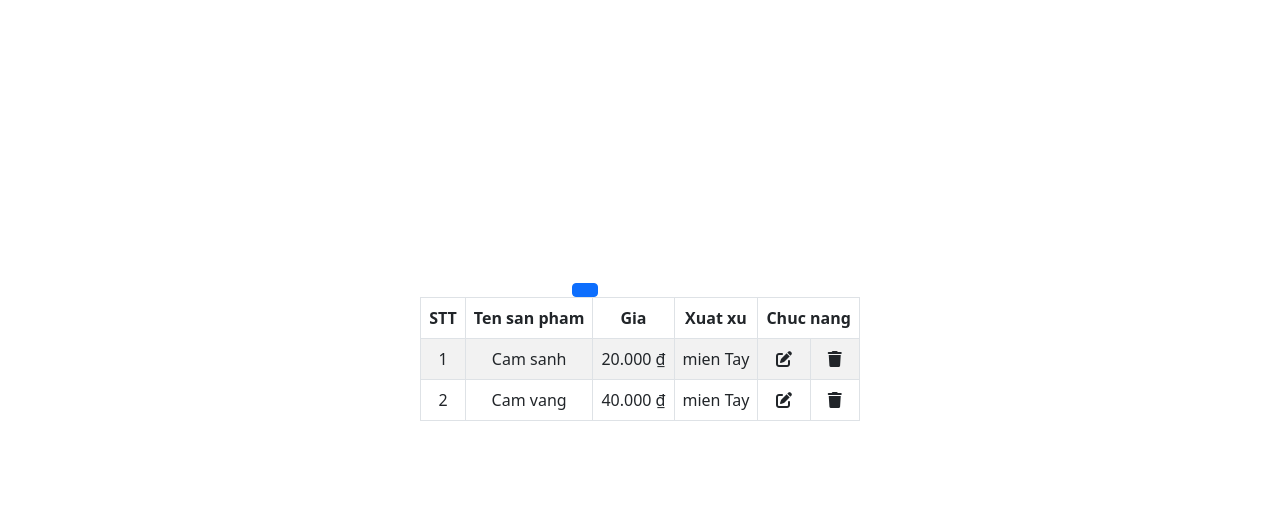
Repository: TinhTT336/MD02_Session12
Page: / (app in client/)
An editor plug-in stored every save of this project. The page is shown before and after the next save, followed by the edit.
The browser window is 1280 px wide. The pictures show the whole page.
The project was rebuilt for these pictures with package versions that can differ from the ones it lists, and the page was loaded fresh each time. Requests to the local data server were answered from the project's data file. Also part of the build but not shown: client/vite.config.js.

Above is the page before, as saved 2023-09-11 13:44:39.

### client/index.html
<!DOCTYPE html>
<html lang="en">
  <head>
    <meta charset="UTF-8" />
    <link rel="icon" type="image/svg+xml" href="/vite.svg" />
    <meta name="viewport" content="width=device-width, initial-scale=1.0" />
    <title>Vite + React</title>
    <link
      href="https://cdn.jsdelivr.net/npm/bootstrap@5.0.2/dist/css/bootstrap.min.css"
      rel="stylesheet"
      integrity="sha384-EVSTQN3/azprG1Anm3QDgpJLIm9Nao0Yz1ztcQTwFspd3yD65VohhpuuCOmLASjC"
      crossorigin="anonymous"
    />
    <link
      rel="stylesheet"
      href="https://cdnjs.cloudflare.com/ajax/libs/font-awesome/6.4.2/css/all.min.css"
      integrity="sha512-z3gLpd7yknf1YoNbCzqRKc4qyor8gaKU1qmn+CShxbuBusANI9QpRohGBreCFkKxLhei6S9CQXFEbbKuqLg0DA=="
      crossorigin="anonymous"
      referrerpolicy="no-referrer"
    />
  </head>
  <body>
    <div id="root"></div>
    <script type="module" src="/src/main.jsx"></script>
  </body>
</html>

### client/src/App.jsx
import { useState } from 'react'
import reactLogo from './assets/react.svg'
import viteLogo from '/vite.svg'
import './App.css'
import ListProduct from './pages/product/ListProduct'

function App() {
  const [count, setCount] = useState(0)

  return (
    <>
      <ListProduct />
    </>
  )
}

export default App

### client/src/pages/product/ListProduct.jsx
import React, { useEffect, useState } from 'react'
import { formatMoney } from '../../utils/formatData';

export default function ListProduct() {
    const [products, setProducts] = useState([]);
    // console.log(products);
    // goi API lay thong tin tat ca san pham
    const loadData = () => {
        fetch("http://localhost:8000/products")
            .then((response) => response.json())// ep kieu ve dang json
            .then((response) => setProducts(response)) // noi co du lieu tra ve
            .catch((error) => console.log(error))// bat loi
    }
    // khi lam viec voi components khong duoc goi ham truc tiep ma su dung useEffect
    // useEffect dung khi can hien thi du lieu ra giao dien
    useEffect(() => {
        loadData();
    }, [])

    /**
     * ham xoa thong 1 product theo id
     * @param {*} id id cua product can xoa
     * Author: TinhTT (11/09/2023)
     */
    const handleDelete = (id) => {
        fetch(`http://localhost:8000/products/${id}`, {
            method: "DELETE",
        }).then((response) => {
            if (response.status === 200) {
                loadData();
            }
        })
            .catch((error) => console.log(error))
    }
    return (
        <>
            <div className='w-75 d-flex align-items-center justify-content-center flex-column'>
                <button className='btn btn-primary'></button>
            </div>
            <table className='table table-striped table-hover table-bordered'>
                <thead>
                    <tr>
                        <th scope='col'>STT</th>
                        <th scope='col'>Ten san pham</th>
                        <th scope='col'>Gia</th>
                        <th scope='col'>Xuat xu</th>
                        <th scope='col' colSpan={2}>Chuc nang</th>
                    </tr>
                </thead>
                <tbody>
                    {products.map((pro, index) => (
                        <tr key={pro.id}>
                            <td>{index + 1}</td>
                            <td>{pro.product_name}</td>
                            <td>{formatMoney(pro.price)}</td>
                            <td>{pro.from}</td>
                            <td><i class="fa-solid fa-pen-to-square"></i></td>
                            <td onClick={() => handleDelete(pro.id)}><i class="fa-solid fa-trash"></i></td>
                        </tr>
                    ))}
                </tbody>
            </table>
        </>
    )
}

### client/src/utils/formatData.js
/**
 * ham format tien te Viet Nam
 * @param {*} money chuoi tien te can format
 * @returns chuoi tien te da duoc format
 * Author: TinhTT (11/09/2023)
 */
export const formatMoney = (money) => {
  return money.toLocaleString("vi", { style: "currency", currency: "VND" });
};
export const formatDate = () => {};
export const formatEmail = () => {};

### server/db.json
{
  "users": [
    {
      "id": 1,
      "user_name": "Nguyen Van A",
      "gender": 0,
      "address": "Thanh Xuan, Ha Noi",
      "email": "an@gmail.com",
      "password": "123456"
    }
  ],
  "products": [
    {
      "id": 1,
      "product_name": "Cam sanh",
      "price": 20000,
      "from": "mien Tay"
    },
    {
      "id": 2,
      "product_name": "Cam vang",
      "price": 40000,
      "from": "mien Tay"
    }
  ]
}

Loaded but not shown: client/src/main.jsx (common file); client/src/index.css (common file); client/src/App.css (common file)

After the next save:
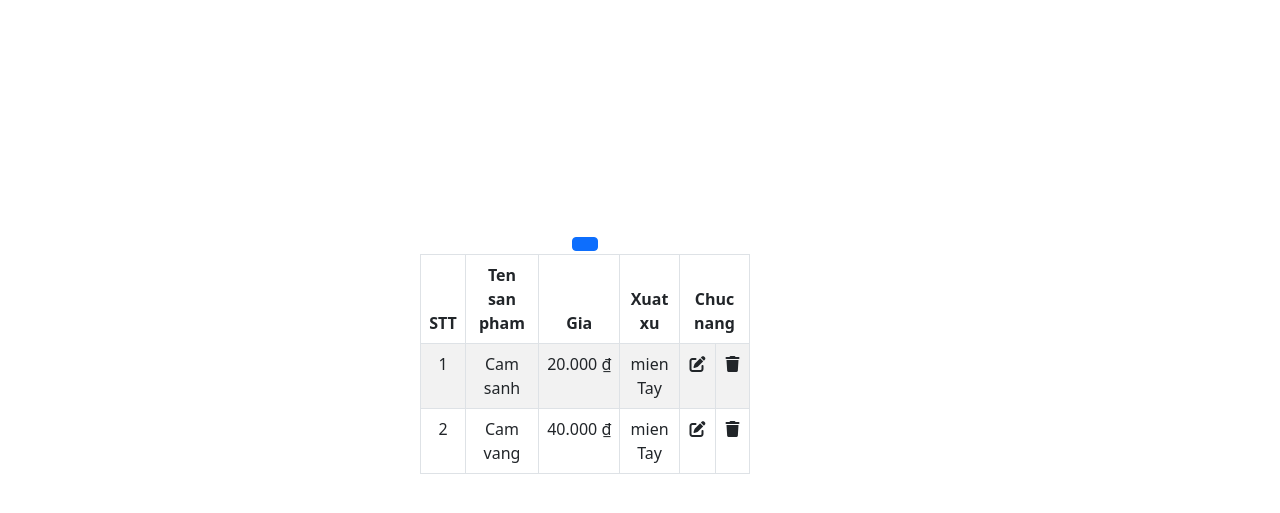
Saved 18 s later.
--- a/client/src/pages/product/ListProduct.jsx
+++ b/client/src/pages/product/ListProduct.jsx
@@ -33,8 +33,8 @@ export default function ListProduct() {
             .catch((error) => console.log(error))
     }
     return (
-        <>
-            <div className='w-75 d-flex align-items-center justify-content-center flex-column'>
+        <div className='w-75 d-flex align-items-center justify-content-center flex-column'>
+            <div >
                 <button className='btn btn-primary'></button>
             </div>
             <table className='table table-striped table-hover table-bordered'>
@@ -60,6 +60,6 @@ export default function ListProduct() {
                     ))}
                 </tbody>
             </table>
-        </>
+        </div>
     )
 }
